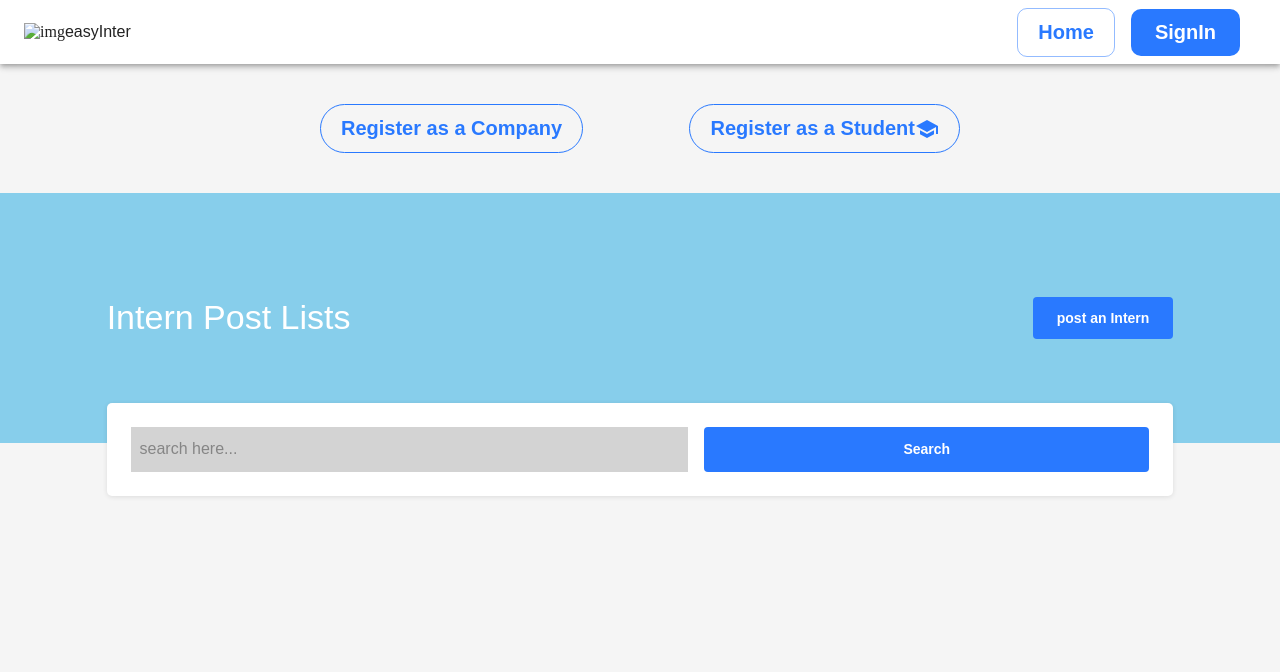
Repository: prasidha/EasyIntern
Page: /
An editor plug-in stored every save of this project. The page is shown before and after a run of saves, followed by the edit.
The browser window is 1280 px wide. The pictures show the whole page.
The page's requests for data from a server got no answer. The project was rebuilt for these pictures with package versions that can differ from the ones it lists, and the page was loaded fresh each time. No one was signed in, and anything a server would have sent is missing. Also part of the build but not shown: src/component/Job/JobCard.js. Imported but missing from the stored project, and not drawn on this page: src/images.

Above is the page before, as saved 2021-01-10 11:19:00.

### src/index.js
import React from 'react';
import ReactDOM from 'react-dom';
import './index.css';
import App from './App';
// import Test from './component/Test'

ReactDOM.render(

  <React.StrictMode>
    <App/>
  </React.StrictMode>
  ,
  document.getElementById('root')
);

### src/App.js
import React, { useEffect ,useState } from 'react'
import {BrowserRouter as Router, Switch ,Route} from 'react-router-dom'
import {AuthProvider} from './context/AuthContext'

import Home from './Home'

function App() {

  return (

    <AuthProvider>
    <div className="App">
     <Router>
           <Switch>

             <Route exact path="/" component={Home} />


           </Switch>
     </Router>
     </div>
     </AuthProvider>

  )
}

export default App

### src/context/AuthContext.js

import React, { createContext, useState, useEffect, useContext } from 'react'
import { auth } from '../firebase'

const AuthContext = createContext()

export function useAuth (){
    return  useContext(AuthContext)
}

export function AuthProvider({children}) {
    const[currentUser,setCurrentUser]=useState('')
    const [userData,setUserData] = useState()
    const[isLoggedIn,setIsLoggedIn]=useState(false)
    const [getData,setGetData]=useState([]);


    const value={
        currentUser,
        companySignUp,
        studentSignUp,
        login,
        logOut,
        userData,
        setUserData,
        getData,
        setGetData,
        setIsLoggedIn,

    }

    function studentSignUp(email,password){
        return auth.createUserWithEmailAndPassword(email,password)
    }

    function companySignUp(email,password){
        return auth.createUserWithEmailAndPassword(email,password)
    }

    function login(email,password){
         return auth.signInWithEmailAndPassword(email,password)
    }

 function logOut(currentUser){
        if(currentUser){
            auth.signOut()

        }

    }
    useEffect(() => {
    auth.onAuthStateChanged(user =>{
        console.log(user,"user")
           if(user){
            // setIsLoggedIn(true)
            setCurrentUser(user)
           }
           else{
            //    setIsLoggedIn(false)
               setCurrentUser(null)

           }

       })

    }, [])

    return (
       <AuthContext.Provider value={value}>
       {children}
       </AuthContext.Provider>
    )
}

### src/Home.js
import React ,{ useState ,useEffect } from "react";
import { Box,Button,CircularProgress,Grid,ThemeProvider } from "@material-ui/core";
import theme from './theme/theme'
import Header from './component/Header'
import Search from './component/Search'
import JobCard from "./component/Job/JobCard";
import Navbar from './component/Navbar'
import JobModal from './component/Job/JobModal'
// import data from './dummyData'
import {db} from './firebase'
import CloseIcon from '@material-ui/icons/Close';
import SchoolIcon from '@material-ui/icons/School';

export default () => {

    const [modal,setModal]= useState(false)
    const [data,setData] = useState([])
    const [loading, setLoading] = useState(true)
    const [customSearch, setCustomSearch] = useState(false)
    const [search, setSearch] = useState('')

    const fetchData = async() => {
      setCustomSearch(false)
    setLoading(true)
    const req = await db.collection("internData").orderBy("postedOn","desc").get()
    const temp = req.docs.map(job =>({
      ...job.data(),
      id:job.id,
      postedOn:job.data().postedOn.toString()

    }))
    setData(temp);
    setLoading(false);
    setSearch("")

   }

   useEffect(() => {
    fetchData();
   }, [])

  const postIntern = async (internDetails) => {
   await db.collection("internData").add({
     ...internDetails,
     postedOn:Date.now(),
   })
   fetchData()
  }

  const searchIntern = async(search) => {
    setLoading(true)
    setCustomSearch(true)
    const req = await db
                .collection("internData")
                .orderBy("postedOn","desc")
                .where(  "title","==" ,search)
                .get()
    const temp = req.docs.map(job =>({
      ...job.data(),
      id:job.id,
      postedOn:job.data().postedOn.toString()

    }))
    setData(temp);
    setLoading(false);


  }


  return <ThemeProvider theme={theme}>
  <Navbar/>
  <Box width="50%" display="flex" justifyContent="space-between" margin="auto" py={5} >
  <Button  disableElevation variant="outlined" style={{fontSize :'20px'}}>
  Register as a Company
 </Button>
 <Button disableElevation  variant="outlined" style={{fontSize :'20px'}}>
 Register as a Student <SchoolIcon/>
 </Button>
  </Box>
  <Header openModal={()=>setModal(true)}/>
  <JobModal closeModal={()=>setModal(false)} modal={modal} postIntern={postIntern}/>
  <Grid container justify="center">
  <Grid item xs={10}>
  <Search searchIntern={searchIntern} search={search} setSearch={setSearch}/>

  {
    loading ?
   ( <Box display="flex" justifyContent="center"><CircularProgress/></Box>)
    :
    (
    <>
    {customSearch && <Box my={2} display="flex" justifyContent="flex-end"><Button onClick={fetchData}><CloseIcon/> custom Search</Button></Box>}
{      data.map(d =><JobCard key={d} {...d}/>)}

     </>
    )
  }



  </Grid>
  </Grid>
  </ThemeProvider>;
};

### src/firebase.js
// For Firebase JS SDK v7.20.0 and later, measurementId is optional
import firebase from 'firebase'
const firebaseConfig = {
    apiKey: "AIzaSyD6snM4A7EHGumvahMdfXKJOSKutgA754I",
    authDomain: "easyintern-f758a.firebaseapp.com",
    databaseURL: "https://easyintern-f758a.firebaseio.com",
    projectId: "easyintern-f758a",
    storageBucket: "easyintern-f758a.appspot.com",
    messagingSenderId: "585855924823",
    appId: "1:585855924823:web:746910035c455fb8898112",
    measurementId: "G-0VYXHN8RCW"
  };


  const firebaseApp = firebase.initializeApp(firebaseConfig);
  const auth =firebase.auth()
  const db = firebaseApp.firestore();
  export {db ,auth} ;


 export function userInfo(uid){
   return db.collection("userdata").doc(uid).get()
 }

### src/theme/theme.js
import { createMuiTheme } from "@material-ui/core";

const primary = "#87ceeb";
const secondary = "#2979ff";

export default createMuiTheme({
  typography: {
    fontFamily: "Poppins, sans-serif",
  },
  palette: {
    primary: {
      main: primary,
    },
    secondary: {
      main: secondary,
    },
  },
  overrides: {
    MuiDialogActions: {
      root: {
        padding: "8px 24px 16px 24px",
      },
    },
    MuiButton: {
      root: {
        fontWeight: 600,
        textTransform: "none",
        color: secondary,
        padding: "6px 24px",
      },
      outlined: {
        borderRadius: "35px",
        borderColor: secondary,
        padding: "6px 20px",
      },
    },
    MuiSelect: {
      filled: {
        padding: "15px 0 15px 15px",
      },
    },
    MuiFilledInput: {
      input: {
        height: "49px",
        padding: "0px 0 0 10px",
      },
    },
  },
});

### src/component/Header.js
import React from 'react'
import {Box ,Typography ,Grid ,Button} from '@material-ui/core'
function Header(props) {
    return (
        <Box bgcolor="primary.main" py={13} color="white">
           <Grid container justify="center">
                <Grid item xs={10}>
                    <Box display="flex" justifyContent="space-between">
                        <Typography variant="h4">
                        Intern Post Lists
                        </Typography>
                        <Button variant="contained" color="secondary" disableElevation onClick={props.openModal}>post an Intern</Button>
                    </Box>
                </Grid>
           </Grid>
        </Box>
    )
}

export default Header

### src/component/Search.js
import { Box, Button, CircularProgress, MenuItem, Select } from '@material-ui/core'
import React ,{ useState }from 'react'
import {makeStyles ,Input} from '@material-ui/core'


const useStyles = makeStyles({
 wrapper:{
   backgroundColor:'white',
   display:'flex',
   boxShadow:'0px 1px 5px rgba(0,0,0,0.1)',
   borderRadius:'5px ',
   "& > *" :{
    flex:"auto ",
    height:'45px',
    margin:'8px',

   },

 },
 input:{
     backgroundColor:'lightgrey'
 }
})

function Search(props) {
    const classes = useStyles()
    const[loading,setLoading] =useState(false)



    const onSearch = async() => {
        setLoading(true)
        await props.searchIntern(props.search)
        setLoading(false)
    }

    return (
        <Box className={classes.wrapper} mt={-5} mb={4} p={2}>
           <Input name="search" value={props.search} onChange={(e)=>props.setSearch(e.target.value)} color="secondary" disableUnderline placeholder="  search here..." className={classes.input}/>
            <Button variant="contained" disabled={loading} color="secondary" disableElevation onClick={onSearch}>
          {  loading ? <CircularProgress/>:
            "  Search"}
            </Button>
        </Box>
    )
}

export default Search

### src/component/Navbar.js
import React from 'react';
import { makeStyles } from '@material-ui/core/styles';
import AppBar from '@material-ui/core/AppBar';
import Toolbar from '@material-ui/core/Toolbar';
import Typography from '@material-ui/core/Typography';
import Button from '@material-ui/core/Button';
import IconButton from '@material-ui/core/IconButton';
import {Box} from '@material-ui/core';
import { Link ,Router } from 'react-router-dom'
import images from '../images/'

const useStyles = makeStyles((theme) => ({
  root: {
    flexGrow: 1,
  },
  menuButton: {
    marginRight: theme.spacing(2),
    borderRadius:'10px',
    fontSize:'20px',
  },
  title: {
    flexGrow: 1,
  },
}));

export default function ButtonAppBar() {
  const classes = useStyles();

  return (
    <div className={classes.root}>
      <AppBar position="static" color="secondary.main">
        <Toolbar>
        <img src={images} alt="img" className={classes.img} onClick={() => history.push("/")}/>
        <Typography className={classes.title}>easyInter</Typography>
        <Button variant="outlined" disableElevation className={classes.menuButton} color="secondary">Home</Button>
        <Button variant="contained" disableElevation className={classes.menuButton} color="secondary">SignIn</Button>

        </Toolbar>
      </AppBar>
    </div>
  );
}

### src/component/Job/JobModal.js
import React, { useState } from 'react'
import CloseIcon from '@material-ui/icons/Close';
import
{
  Dialog ,
  DialogTitle ,
  DialogContent,
  DialogActions,
  Grid,
  FilledInput,
  Select,
  MenuItem ,
  makeStyles,
  Box,
  Typography,
  IconButton,
  Button,
  CircularProgress,
}
from '@material-ui/core'

const useStyles =makeStyles( theme => ({
    skill:{
        backgroundColor:"darkslategrey",
        color:'white',
        padding:theme.spacing(0.75),
        margin:theme.spacing(0.80),
        borderRadius:'5px',
        fontWeight:'500',
        "&:hover":{
            color:'white',
            backgroundColor:theme.palette.primary.main,
            transition:'.3s',
            cursor:'pointer'
        },
       } ,
       included:{
        color:'white',
        backgroundColor:theme.palette.primary.main,
        cursor:'pointer'
    },
}))
function JobModal(props) {
    const skills=["JavaScript","Node","Python","MongoDB","Vue","firebase"];
    const classes = useStyles();
    const [loading,setLoading] =useState(false)
    const[error,setError] =useState('')
    const initialState={
        title:'',
        category:'Web design',
        deadline:'',
        companyName:'',
        link:'',
        url:'',
        description:'',
        skills:[],
    }
   const [internDetails, setInternDetails] = useState(initialState)

   const handleChange = (event) => {
       event.persist()
      setInternDetails(prev => ({
          ...prev,
          [event.target.name]:event.target.value,
      }))

   }

   const addRemove = (skill) => {
        internDetails.skills.includes(skill) ?
        //remove
        setInternDetails((prev)=> ({
            ...prev,
            skills:prev.skills.filter(s => s!== skill )
        }))
        :
        //add
        setInternDetails((prev)=>({
            ...prev,
            skills:prev.skills.concat(skill)
        }))

   }
   const handleSubmit = async() => {
    for (const feild in internDetails){
        if(!internDetails[feild])return setError("fields should not be empty")
    }
    if(!internDetails.skills.length) return setError("skills is required")

       setLoading(true);
      await props.postIntern(internDetails);
       setLoading(false);
       props.closeModal()

   }

   const onCloseModal =()=> {
        setError("")
        setInternDetails(initialState)
        setLoading(false)
        props.closeModal()

   }
    return (
       <Dialog open={props.modal}fullWidth>

            <DialogTitle>
                <Box display="flex" justifyContent="space-between" alignItems="center">
                <Typography>post intern</Typography>
                {error && <h4 style={{color:'red'}}>{error}</h4>}
                <IconButton onClick={onCloseModal}><CloseIcon/></IconButton>
                </Box>
            </DialogTitle>

            <DialogContent>
                <Grid container spacing={2}>
                    <Grid item xs={6}>
                        <FilledInput
                        name="title"
                        value={internDetails.title}
                        onChange={handleChange}
                        disableUnderline
                        placeholder="intern Title"
                        fullWidth/>
                    </Grid>

                    <Grid item xs={6}>
                        <Select
                        name="category"
                        onChange={handleChange}
                        value={internDetails.category}
                        fullWidth variant="filled"
                        disableUnderline>

                            <MenuItem value="Web design">Web design</MenuItem>
                            <MenuItem value="Android">Android</MenuItem>
                            <MenuItem value="sth">sth</MenuItem>
                            <MenuItem value="sth1">sth1</MenuItem>
                        </Select>
                    </Grid>

                    <Grid item xs={6}>
                        <FilledInput
                        name="deadline"
                        onChange={handleChange}
                        value={internDetails.deadline}
                        disableUnderline
                        placeholder="Deadline"
                        type="Date"
                        fullWidth/>
                    </Grid>

                    <Grid item xs={6}>
                        <FilledInput
                        name="companyName"
                        onChange={handleChange}
                        value={internDetails.companyName}
                        disableUnderline
                        placeholder="Company Name"
                        fullWidth/>
                    </Grid>

                    <Grid item xs={12}>
                    <FilledInput
                        name="link"
                        onChange={handleChange}
                        value={internDetails.link}
                        disableUnderline
                        placeholder="Intern Apply Link"
                        fullWidth
                        />
                   </Grid>

                    <Grid item xs={12}>
                        <FilledInput
                            name="url"
                            onChange={handleChange}
                            value={internDetails.url}
                            disableUnderline
                            placeholder="company url"
                            fullWidth/>
                    </Grid>

                    <Grid item xs={12}>
                    <FilledInput
                        name="description"
                        onChange={handleChange}
                        value={internDetails.description}
                        disableUnderline
                        placeholder="Company Description"
                        fullWidth
                        multiline
                        rows={4}
                    />
                    </Grid>

                    <Box>
                      <Typography>
                      Skills
                      </Typography>

                      <Box display="flex">{skills.map(skill =>
                        <Box onClick={()=>addRemove(skill)} key={skill} className={`${classes.skill} ${internDetails.skills.includes(skill) && classes.included}`}> {skill}</Box>
                        )}

                        </Box>

                    </Box>

                        <Box
                            width="100%"
                            display="flex"
                            color="red"
                            justifyContent="space-between"
                            alignItems="center"
                            mb={2}>
                        <Typography>required feilds</Typography>
                        <Button variant="contained" color='secondary' disableUnderline onClick={handleSubmit} disabled={loading}>
                       { loading ? <CircularProgress/> : "post" }
                        </Button>
                        </Box>
                   {internDetails.title ,internDetails.description,internDetails.url,internDetails.link}

                </Grid>
            </DialogContent>

       </Dialog>
    )
}

export default JobModal

Loaded but not shown: public/index.html (common file); src/index.css (common file)

After the next 3 saves:
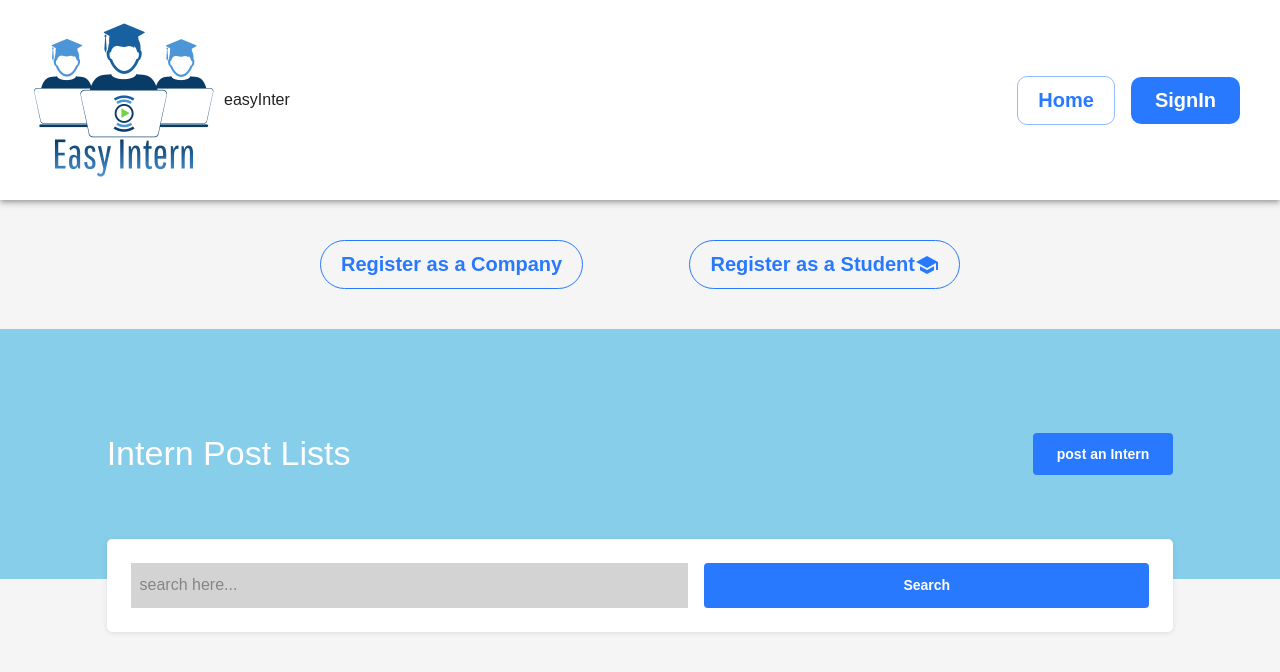
The 3 saves are shown as one change because 1 did not build or start and some came seconds apart.
The last was saved 32 s later.
--- a/src/component/Navbar.js
+++ b/src/component/Navbar.js
@@ -7,7 +7,7 @@
 import IconButton from '@material-ui/core/IconButton';
 import {Box} from '@material-ui/core';
 import { Link ,Router } from 'react-router-dom'
-import images from '../images/'
+import images from '../images/easyintern.png'
 
 const useStyles = makeStyles((theme) => ({
   root: {
